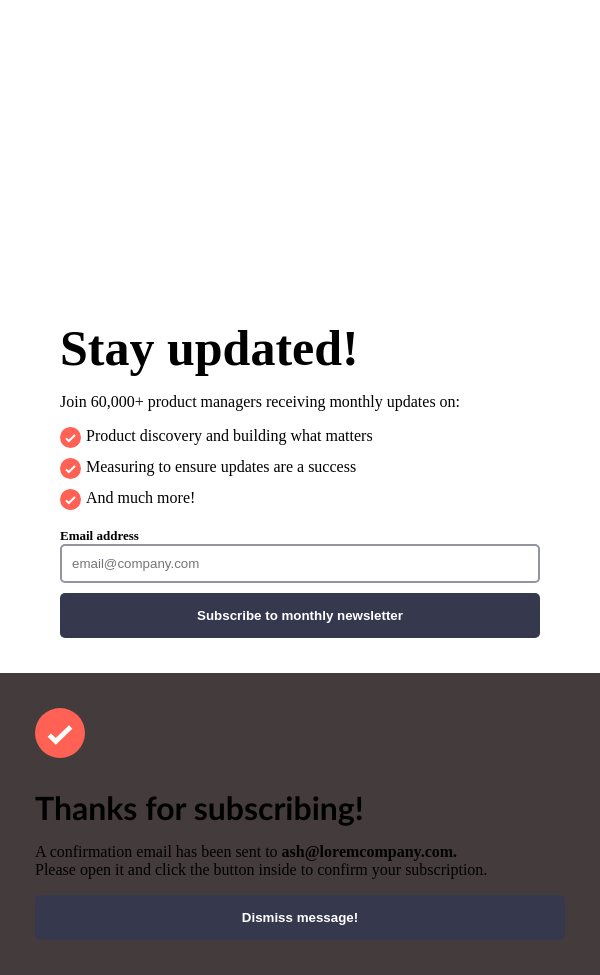
Repository: Celebration-cloud/Newsletter
Page: index.html
The author's editor kept a copy of each file at every save. The page is drawn from the files as they stood at one save, then again after the next save.
The browser window is 600 px wide. The pictures show the whole page.

Above is the page before, as saved 2023-07-19 23:50:00.

After the next save:
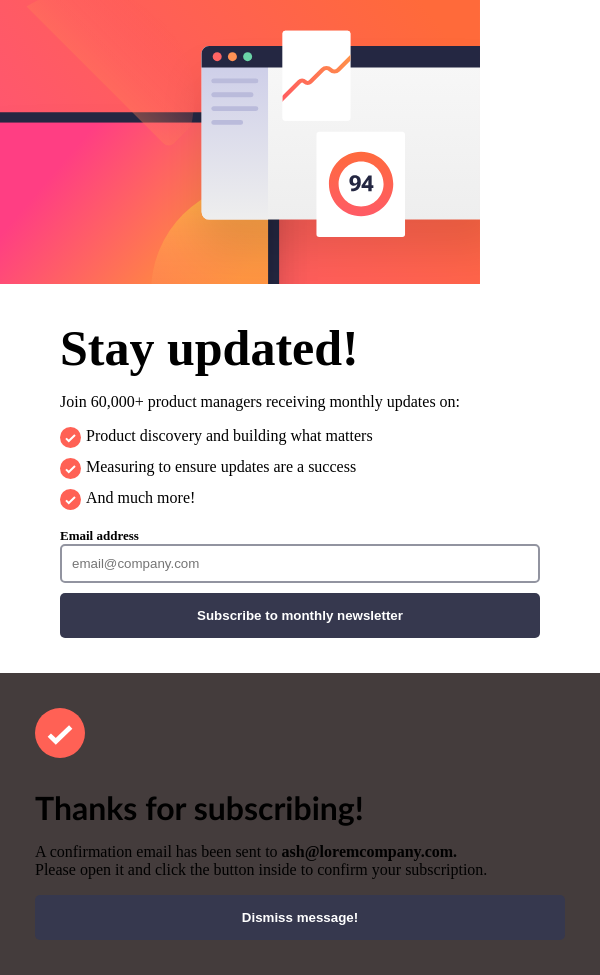
Saved 4 s later.
--- a/index.css
+++ b/index.css
@@ -122,7 +122,7 @@ button{
         background-image: url(./assets/images/illustration-sign-up-mobile.svg);
         background-repeat: no-repeat;
         background-size: cover;
-        width: 0%;
+        width: 80%;
         height: 284px;
     }
     #success{
